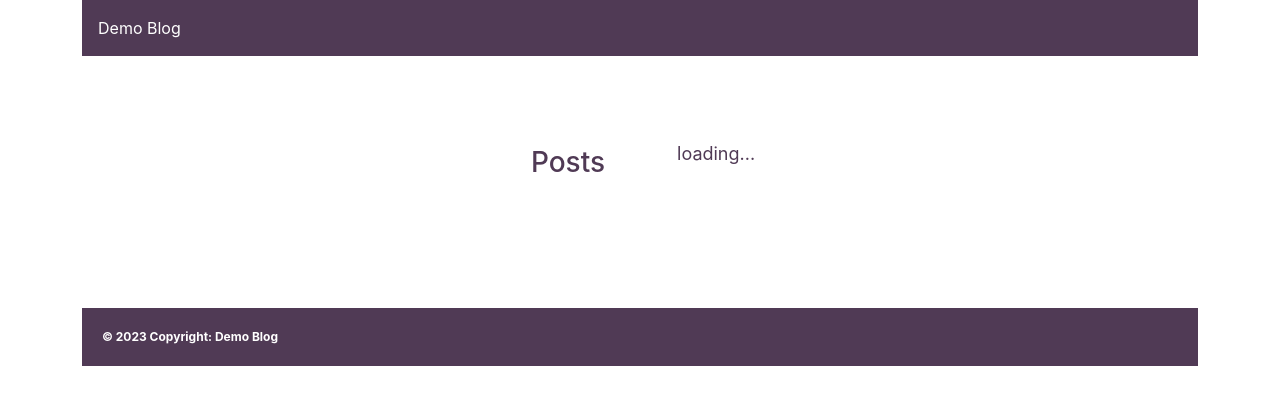
Repository: LolaSL/demo-blog
Page: / (app in frontend/)
These files come from the project's save history. The page is drawn as it stood at one moment and after a run of saves; the edit follows.
The browser window is 1280 px wide. The pictures show the whole page.
The page's requests for data from a server got no answer. The project was rebuilt for these pictures with package versions that can differ from the ones it lists, and the page was loaded fresh each time. No one was signed in, and anything a server would have sent is missing. Also part of the build but not shown: frontend/src/pages/PostPage.jsx, frontend/src/pages/NotFound.jsx, frontend/src/pages/CreatePost.jsx, frontend/src/pages/Register.jsx, frontend/src/pages/Login.jsx.

Above is the page before, as saved 2023-02-10 19:09:05.

### frontend/public/index.html
<!DOCTYPE html>
<html lang="en">
  <head>
    <meta charset="utf-8" />
    <link rel="icon" href="%PUBLIC_URL%/favicon.ico" />
    <meta name="viewport" content="width=device-width, initial-scale=1" />
    <meta name="theme-color" content="#000000" />
    <meta
      name="description"
      content="Web site created using create-react-app"
    />
    <link rel="apple-touch-icon" href="%PUBLIC_URL%/logo192.png" />
    <!--
      manifest.json provides metadata used when your web app is installed on a
      user's mobile device or desktop. See https://developers.google.com/web/fundamentals/web-app-manifest/
    -->
    <link rel="manifest" href="%PUBLIC_URL%/manifest.json" />
    <link rel="stylesheet" href="https://cdn.jsdelivr.net/npm/bootstrap@5.2.3/dist/css/bootstrap.min.css"
    integrity="sha384-rbsA2VBKQhggwzxH7pPCaAqO46MgnOM80zW1RWuH61DGLwZJEdK2Kadq2F9CUG65" crossorigin="anonymous" />
  <link rel="stylesheet" href="https://cdnjs.cloudflare.com/ajax/libs/font-awesome/6.2.1/css/all.min.css" />
    <!--
      Notice the use of %PUBLIC_URL% in the tags above.
      It will be replaced with the URL of the `public` folder during the build.
      Only files inside the `public` folder can be referenced from the HTML.

      Unlike "/favicon.ico" or "favicon.ico", "%PUBLIC_URL%/favicon.ico" will
      work correctly both with client-side routing and a non-root public URL.
      Learn how to configure a non-root public URL by running `npm run build`.
    -->
    <title>React App</title>
  </head>
  <body>
    <noscript>You need to enable JavaScript to run this app.</noscript>
    <div id="root"></div>
    <!--
      This HTML file is a template.
      If you open it directly in the browser, you will see an empty page.

      You can add webfonts, meta tags, or analytics to this file.
      The build step will place the bundled scripts into the <body> tag.

      To begin the development, run `npm start` or `yarn start`.
      To create a production bundle, use `npm run build` or `yarn build`.
    -->
  </body>
</html>

### frontend/src/index.js
import React from 'react';
import ReactDOM from 'react-dom/client';
import './index.css';
import App from "./App"
import reportWebVitals from './reportWebVitals';

const root = ReactDOM.createRoot(document.getElementById('root'));
root.render(
  <React.StrictMode>
    <App />
  </React.StrictMode>
);

// If you want to start measuring performance in your app, pass a function
// to log results (for example: reportWebVitals(console.log))
// or send to an analytics endpoint. Learn more: https://bit.ly/CRA-vitals
reportWebVitals();

### frontend/src/index.css
body {
  margin: 0;
  font-family: -apple-system, BlinkMacSystemFont, 'Segoe UI', 'Roboto', 'Oxygen',
    'Ubuntu', 'Cantarell', 'Fira Sans', 'Droid Sans', 'Helvetica Neue',
    sans-serif;
  -webkit-font-smoothing: antialiased;
  -moz-osx-font-smoothing: grayscale;
}

header{
  background-color: hsl(289, 19%, 28%);
  padding: 1rem;

  }
.link{
  color: white;
  font-weight: normal;
  text-decoration: none;
}
.link:hover{
  color: white;
  font-weight: lighter;
  text-decoration: none;
}
main{
  padding: 1rem;
}

.posts {
  margin-top: 50px;
  display: flex;
  flex-wrap: wrap;
  justify-content: center;
  gap: 30px;
}
.post {
  display: flex;
  gap: 50px;
}

.content-post {
  text-align: justify;
}

.post-image {
  width: 100%;
}

.img-thumbnail {
  width: 100%;
  height: 400px;
  object-fit: cover;
}
.content {
  flex: 3;
  display: flex;
  flex-direction: column;
 padding: 1rem;
}
.content-title {
  font-size: 28px;
  color: hsl(289, 19%, 28%);
}
.post a{
  text-decoration: none;
  cursor: pointer;
}
p {
  font-size: 18px;
  color: hsl(289, 19%, 28%);
  padding: 18px;
}
.content-post{
  font-size: 16px;
  color: hsl(289, 19%, 28%);
  padding: 18px;
  content: normal;
}
.btn-home {
  width: max-content;
  padding: 10px 20px;
  border: none;
  cursor: pointer;
  position: relative;
}
footer {
  margin-top: 80px;
  padding: 20px;
  background-color: hsl(289, 19%, 28%);
  display: flex;
  align-items: center;
  justify-content: space-between;
  font-size: 12px;
  color: white;
}
.footer-image {
  background-color: hsl(312, 58%, 85%);
  width: 10%;
  height: 10%;
  border-radius: 50%;
}

### frontend/src/App.js
import React from 'react';
import { createBrowserRouter, RouterProvider, Outlet } from "react-router-dom";
import Home from './pages/Home.jsx';
import NavBar from "./components/NavBar.jsx";
import Footer from './components/Footer.jsx';
import Container from 'react-bootstrap/Container';
import PostPage from './pages/PostPage.jsx';
import NotFound from './pages/NotFound.jsx';
import CreatePost from './pages/CreatePost';
import Register from './pages/Register';
import Login from './pages/Login';


const Layout = () => {

  return (
    <>
      <NavBar />
     <Outlet/>
      <Footer />
    </>
  )
}
const router = createBrowserRouter([
  {
    path: "/", element: <Layout />,
    children: [
      { path: "/", element: <Home /> },
      { path: "/post/:slug", element: <PostPage /> },
      { path: "/createpost", element: <CreatePost /> },
      { path:"*", element:<NotFound />},
    ]

  },
    { path: "/register", element: <Register /> },
    { path: "/login", element: <Login /> },
]);

function App() {
  return (
    <div className="App">
      <Container className="container">
        <RouterProvider router={router}></RouterProvider>
      </Container>


    </div>
  );
}
export default App;

### frontend/src/pages/Home.jsx
import React, {useEffect, useState} from "react";
import axios from 'axios';
import { Link } from "react-router-dom";
import Button from "react-bootstrap/Button";
import Container from "react-bootstrap/Container";


const getText = (html) => {
  const doc = new DOMParser().parseFromString(html, "text/html");
  return doc.body.textContent;
};

function Home() {

  const [posts, setPosts] = useState([]);

  useEffect(() => {
    const fetchData = async () => {
      try {
        const result = axios.get("/api/v1/posts");
        const posts = await result.json();
        setPosts(posts);
      }
      catch (error)
      {
        console.log("error", error)
      }
    }
    fetchData();
  }, [])

  return (
    <div className="home">
      <main>
        <Container className="posts">
          <h1 className="content-title font-weight-light  text-center p-4">
            Posts{" "}
          </h1>
          {
   (posts && posts.length > 0) ?
       (posts.posts.map((post) =>  (
            <div className="post border shadow rounded" key={post.slug}>
              <div className="img p-2">
                <Link className="link" to={`/post/${post.slug}`}>
                  <img
                    src={post.img}
                    alt={post.title}
                    className="post-image rounded shadow border img-fluid img-thumbnail"
                  />
                  <p className="content-title font-weight-light  text-center">
                    {post.title}
                  </p>
              </Link>
                <p className="content-post truncate">
                  {getText(post.description)}
                </p>
                <Button className="btn btn-home mb-2">Read More</Button>
              </div>
            </div>
          ))) : (<p> loading... </p>)}
        </Container>
      </main>
    </div>
  );
}

export default Home;

### frontend/src/components/NavBar.jsx
import React from "react";
import { Link } from "react-router-dom";

const NavBar = () => {
  return (
    <div>
      <header className="App-header">
        <Link className="link" to="/">Demo Blog</Link>
      </header>
    </div>
  );
};

export default NavBar;

### frontend/src/components/Footer.jsx
import React from "react";
// import Logo from "../img/logo.PNG";

const Footer = () => {
  return (
    <footer>
      {/* <img src={Logo} alt="Footet"  className="footer-image"/> */}
      <span>
        <b>&copy; {new Date().getFullYear()} Copyright: Demo Blog</b>
      </span>
    </footer>
  );
};

export default Footer;

Loaded but not shown: frontend/src/reportWebVitals.js (common file)

After the next 6 saves:
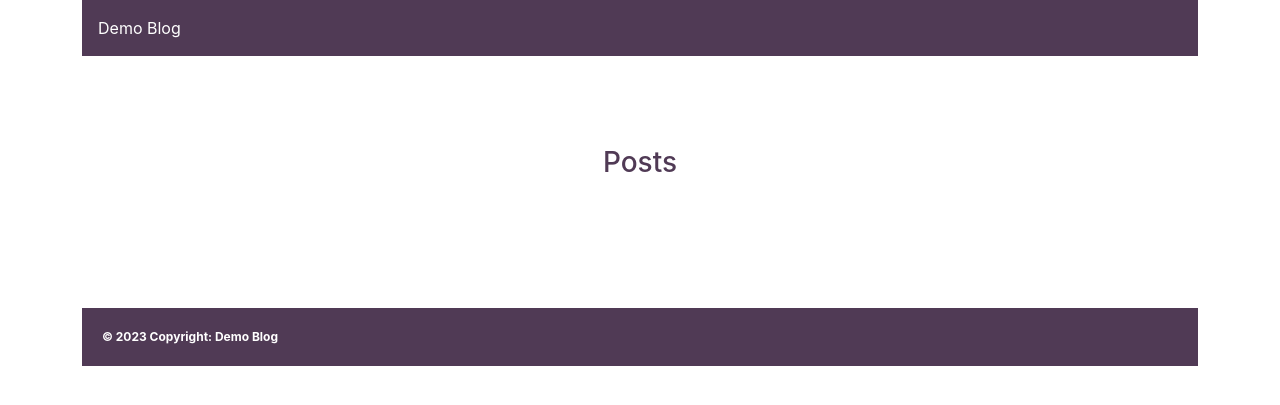
The 6 saves are shown as one change because 3 did not build or start and some came seconds apart.
The last was saved 80 s later.
--- a/frontend/src/pages/Home.jsx
+++ b/frontend/src/pages/Home.jsx
@@ -37,8 +37,8 @@ function Home() {
             Posts{" "}
           </h1>
           {
-   (posts && posts.length > 0) ?
-       (posts.posts.map((post) =>  (
+  //  (posts && posts.length > 0) ?
+       (posts && posts.map((post) =>  (
             <div className="post border shadow rounded" key={post.slug}>
               <div className="img p-2">
                 <Link className="link" to={`/post/${post.slug}`}>
@@ -57,7 +57,9 @@ function Home() {
                 <Button className="btn btn-home mb-2">Read More</Button>
               </div>
             </div>
-          ))) : (<p> loading... </p>)}
+       )))
+          // : (<p> loading... </p>)
+          }
         </Container>
       </main>
     </div>
